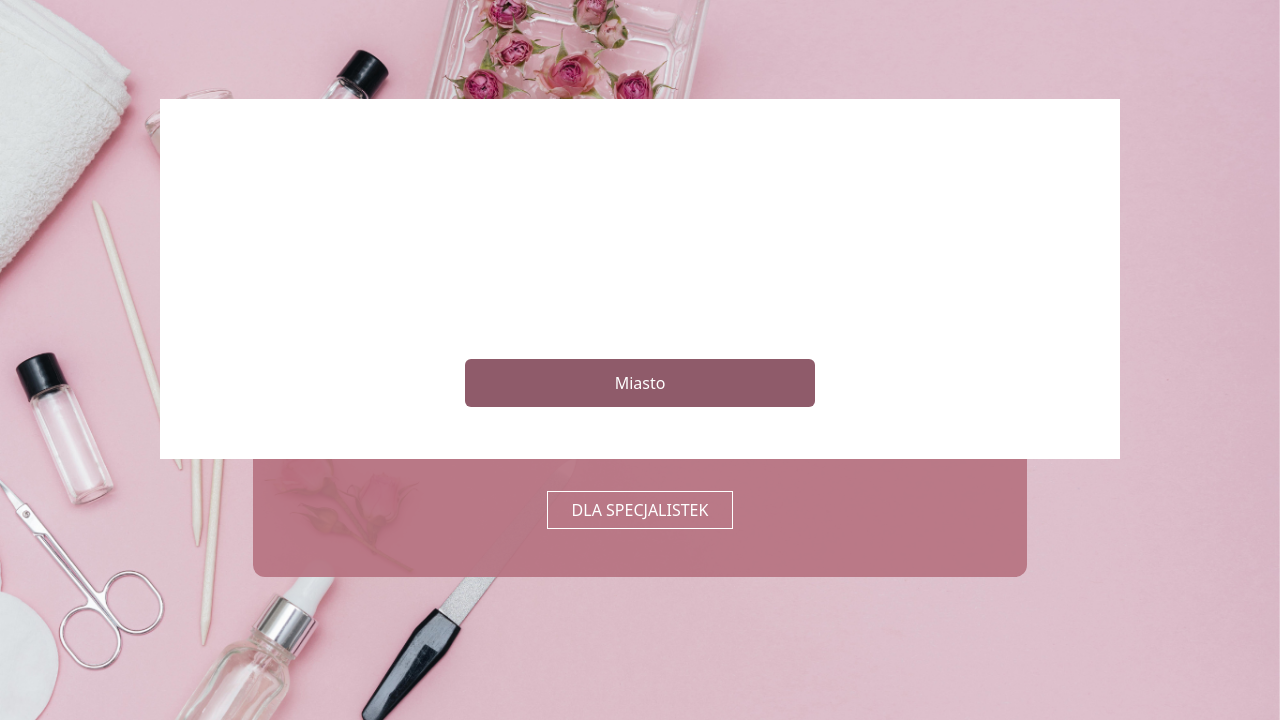
Repository: wesiudev/Manikuracja
Page: /
The author's editor kept a copy of each file at every save. The page is drawn from the files as they stood at one save, then again after the next save.
The browser window is 1280 px wide. The pictures show the whole page.
The project was rebuilt for these pictures with package versions that can differ from the ones it lists, and the page was loaded fresh each time. The framework's server and built-in components were replaced by stand-ins that run in the browser. Also part of the build but not shown: next.config.ts.

Above is the page before, as saved 2025-03-02 16:33:29.

After the next save:
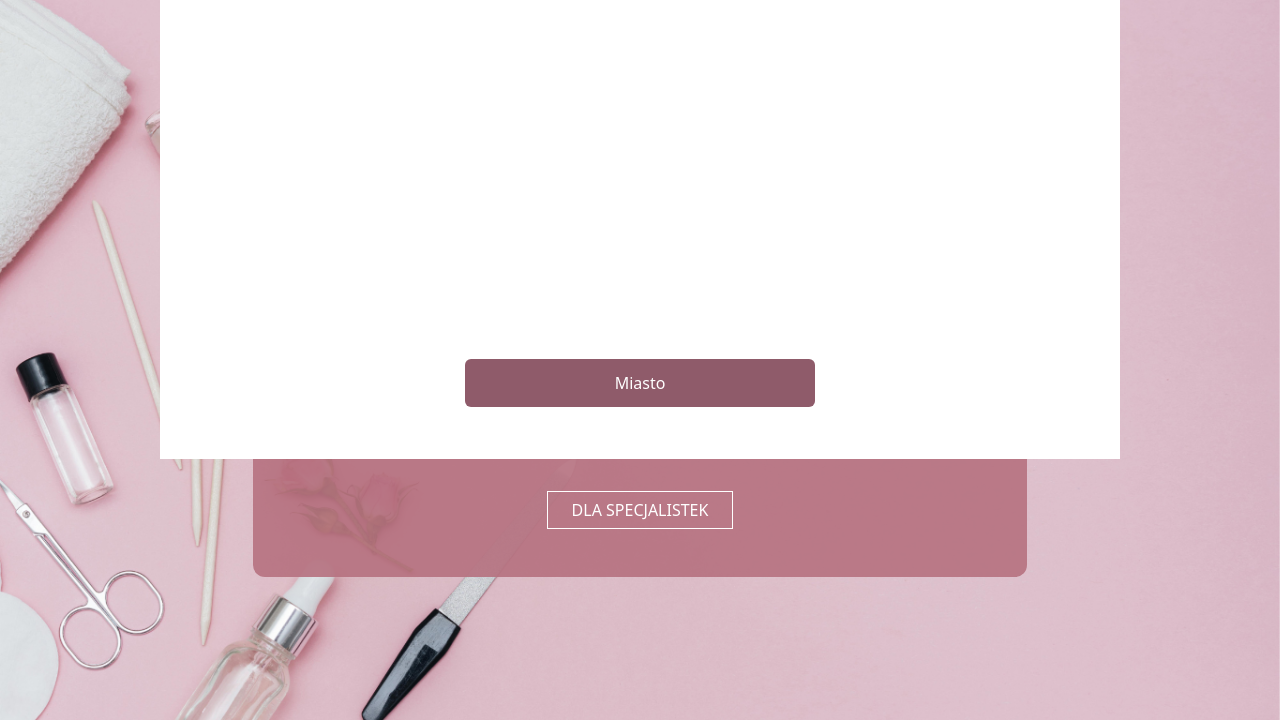
Saved 4 s later.
--- a/components/SpecialistsButton/index.tsx
+++ b/components/SpecialistsButton/index.tsx
@@ -9,7 +9,7 @@
       <div
         className={`fixed left-1/2 -translate-x-1/2 ${
           isAccountCreatorOpen ? "-translate-y-0" : "-translate-y-[100%]"
-        } h-[50%] w-[90%] sm:w-3/4 bg-white z-50 transition-transform duration-300`}
+        } h-3/4 w-[90%] sm:w-3/4 bg-white z-50 transition-transform duration-300`}
       ></div>
       <button className="mt-8 w-max mx-auto max-w-full block px-6 py-1.5 border border-white text-white">
         DLA SPECJALISTEK
